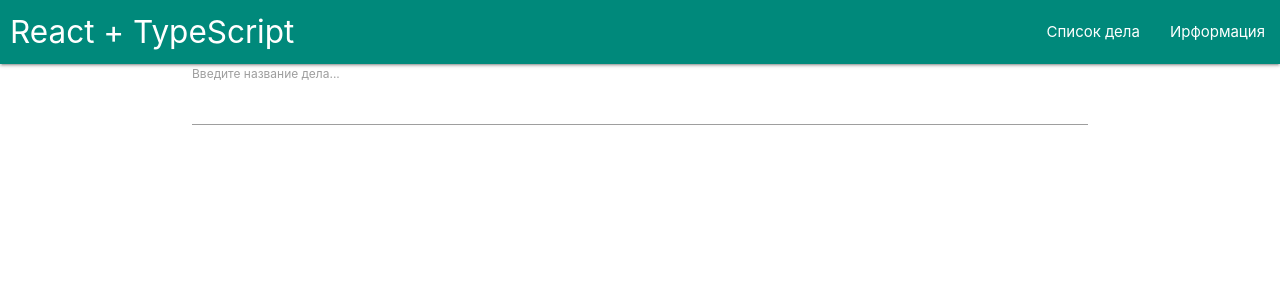
Repository: frostnn/TodoForm
Page: /About
An editor plug-in stored every save of this project. The page is shown before and after the next save, followed by the edit.
The browser window is 1280 px wide. The pictures show the whole page.
The project was rebuilt for these pictures with package versions that can differ from the ones it lists, and the page was loaded fresh each time.

Above is the page before, as saved 2020-05-27 11:22:34.

After the next save:
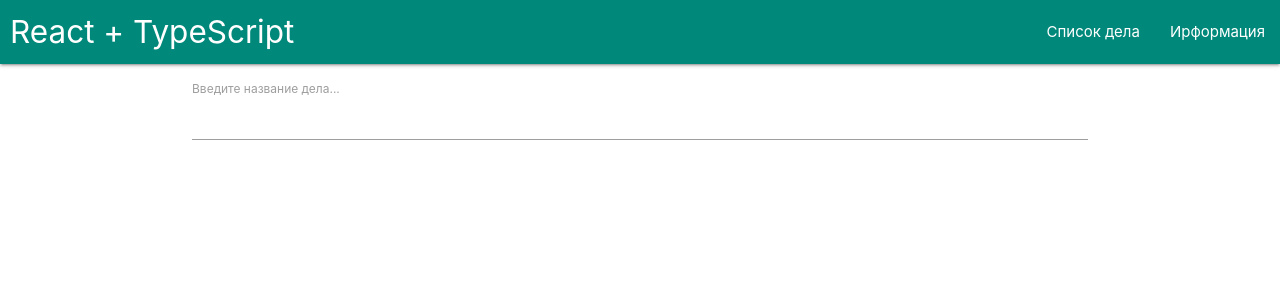
Saved 84 s later.
--- a/src/index.css
+++ b/src/index.css
@@ -14,3 +14,6 @@ code {
 .nav-wrapper {
   padding-left: 10px;
 }
+.input-field {
+  margin-top: 30px;
+}
